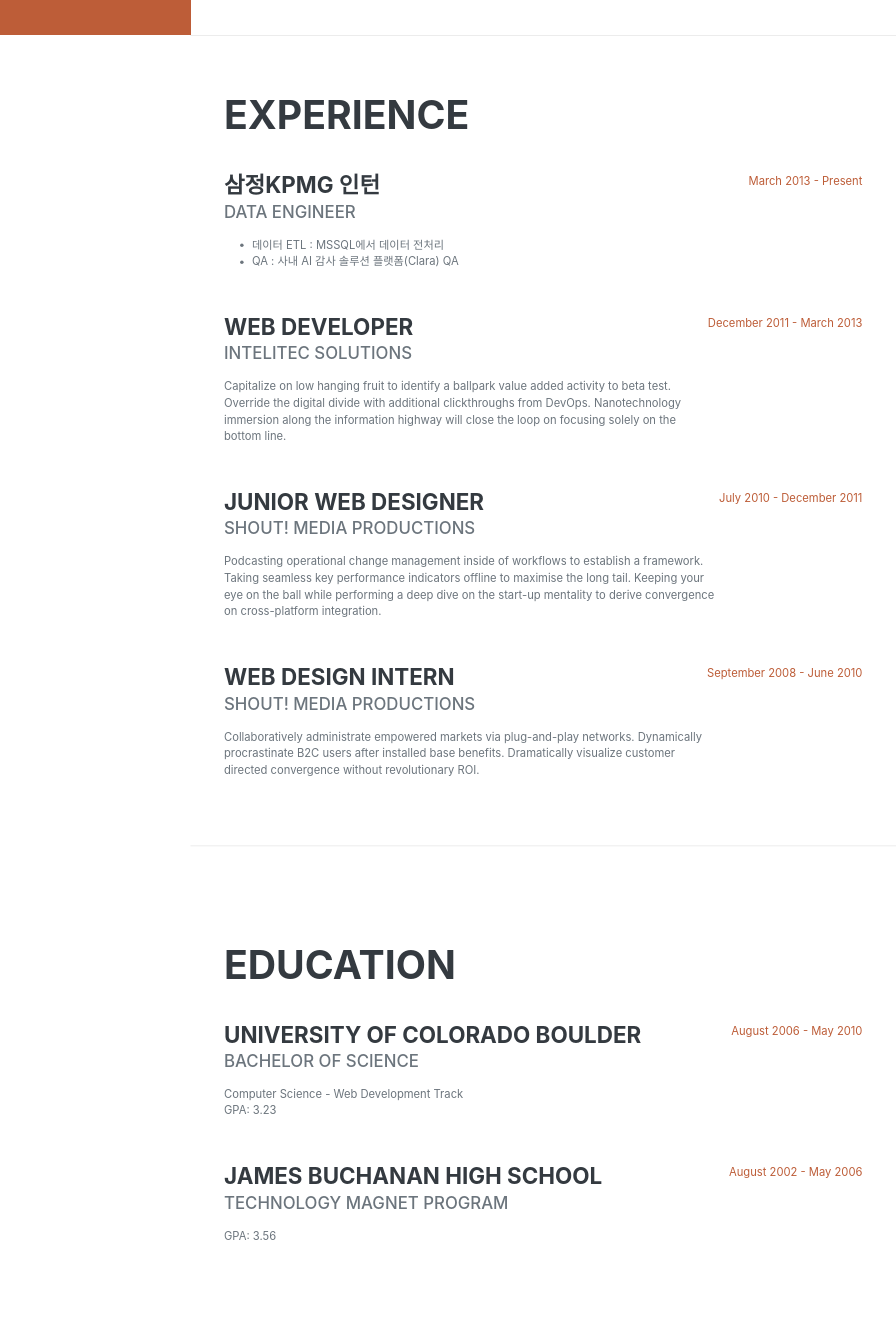
Repository: minsuk1/portfolio
Page: index.html
The author's editor kept a copy of each file at every save. The page is drawn from the files as they stood at one save, then again after the next save.
The browser window is 1280 px wide. The pictures show the part of the page from y = 670 to 2590 px (the page is 4762 px tall before and 4690 px after), at 70% of full size.
Some web fonts or font styles are not loaded; a fallback is used.

Above is the page before, as saved 2021-01-01 10:40:02.

After the next save:
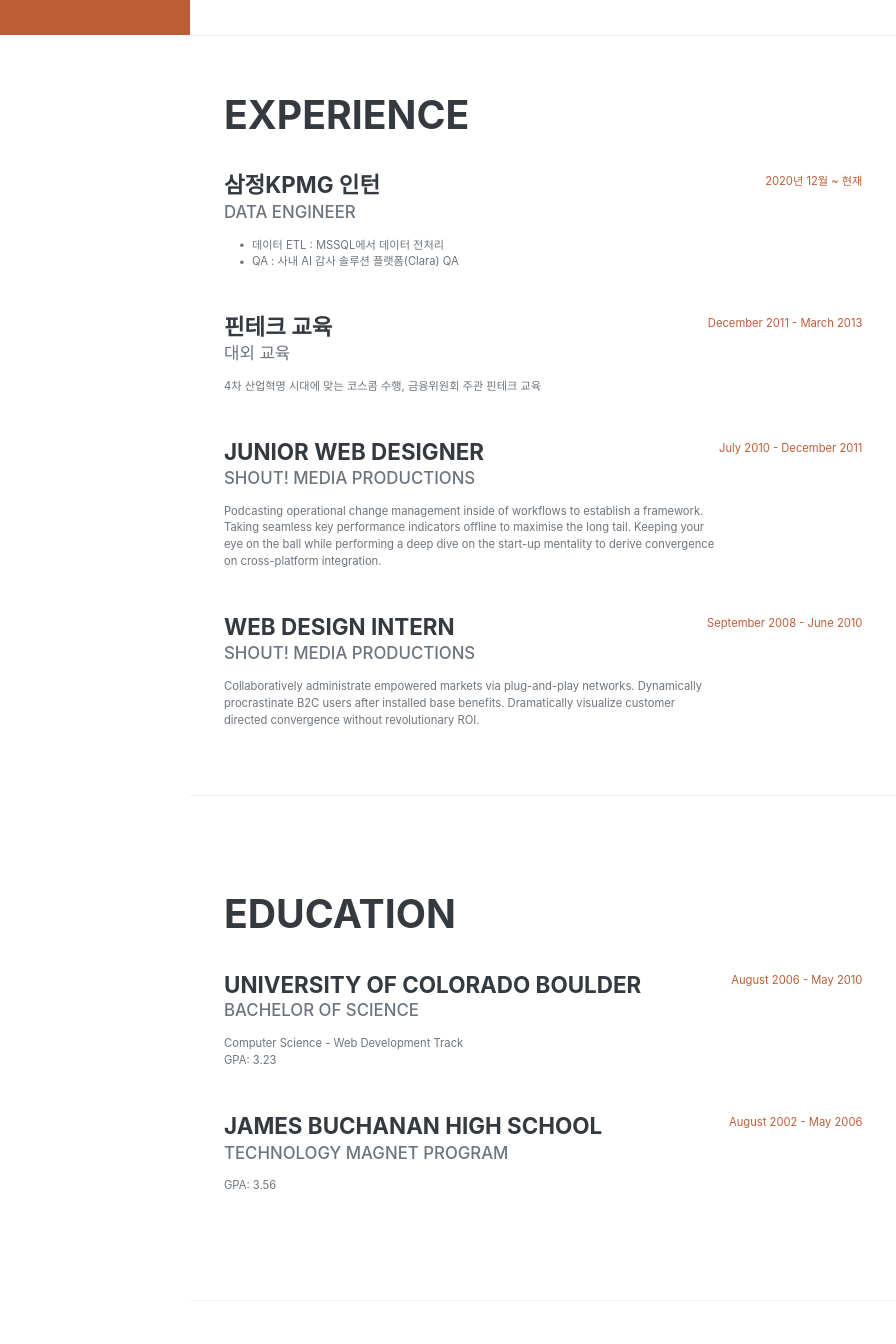
Saved 2 min 59 s later.
--- a/index.html
+++ b/index.html
@@ -70,13 +70,13 @@
                             </ul>
 
                         </div>
-                        <div class="flex-shrink-0"><span class="text-primary">March 2013 - Present</span></div>
-                    </div>
-                    <div class="d-flex flex-column flex-md-row justify-content-between mb-5">
-                        <div class="flex-grow-1">
-                            <h3 class="mb-0">Web Developer</h3>
-                            <div class="subheading mb-3">Intelitec Solutions</div>
-                            <p>Capitalize on low hanging fruit to identify a ballpark value added activity to beta test. Override the digital divide with additional clickthroughs from DevOps. Nanotechnology immersion along the information highway will close the loop on focusing solely on the bottom line.</p>
+                        <div class="flex-shrink-0"><span class="text-primary">2020년 12월 ~ 현재</span></div>
+                    </div>
+                    <div class="d-flex flex-column flex-md-row justify-content-between mb-5">
+                        <div class="flex-grow-1">
+                            <h3 class="mb-0">핀테크 교육</h3>
+                            <div class="subheading mb-3">대외 교육</div>
+                            <p>4차 산업혁명 시대에 맞는 코스콤 수행, 금융위원회 주관 핀테크 교육</p>
                         </div>
                         <div class="flex-shrink-0"><span class="text-primary">December 2011 - March 2013</span></div>
                     </div>
